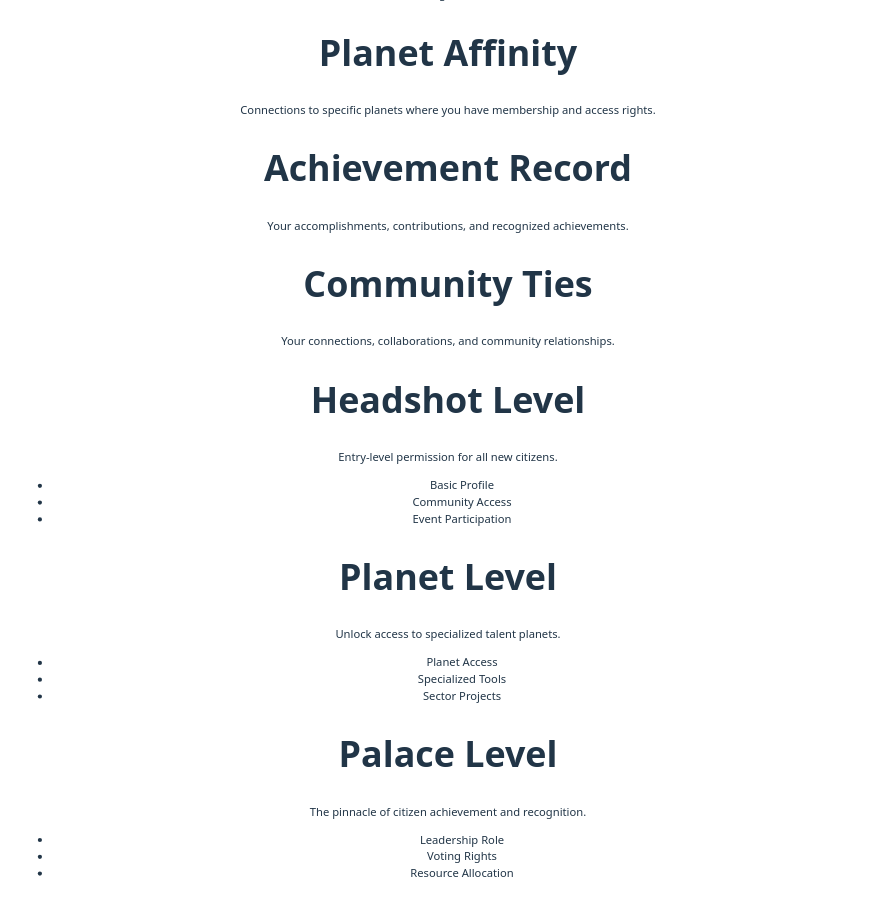
Repository: STR33T-K3Y5/LaTot
Page: /
An editor plug-in stored every save of this project. The page is shown before and after a run of saves, followed by the edit.
The browser window is 1280 px wide. The pictures show the part of the page from y = 4580 to 6500 px (the page is 5887 px tall before and 6620 px after), at 70% of full size.
The project was rebuilt for these pictures with package versions that can differ from the ones it lists, and the page was loaded fresh each time. Also part of the build but not shown: vite.config.js, src/pages/FindTalent.jsx.

Above is the page before, as saved 2026-01-22 02:18:33.

### index.html
<!doctype html>
<html lang="en">
  <head>
    <meta charset="UTF-8" />

    <!-- favicons
    ================================================== -->
    <link rel="apple-touch-icon" type="image/png" sizes="512x512" href="images/android-chrome-512x512.png">
    <link rel="apple-touch-icon" type="image/png" sizes="192x192" href="images/android-chrome-192x192.png">
    <link rel="apple-touch-icon" type="image/png" sizes="180x180" href="apple-touch-icon.png">
    <link rel="icon" type="image/png" sizes="32x32" href="images/favicon-32x32.png">
    <link rel="icon" type="image/png" sizes="16x16" href="images/favicon-16x16.png">
    <link rel="manifest" href="site.webmanifest">
    <meta name="viewport" content="width=device-width, initial-scale=1.0" />
    <title>LaTot</title>
  </head>
  <body>
    <div id="root"></div>
    <script type="module" src="/src/main.jsx"></script>
  </body>
</html>

### src/App.jsx
import './App.css';
import Navbar from './components/Navbar';
import Home from './pages/Home';
import FindTalent from './pages/FindTalent';
import { BrowserRouter, Routes, Route } from 'react-router-dom';

export default function App() {
  return(
    <BrowserRouter>
      <Navbar />
      <Routes>
        <Route path="/" element={<Home />} />
        <Route path="/findtalent" element={<FindTalent />} />
      </Routes>
    </BrowserRouter>
  )
}

### src/components/Navbar.jsx
import { Link } from 'react-router-dom';

const Navbar = () => {
    return (
        <nav>
            <h2 className="logo">
                <Link to="/">LaTot</Link>
            </h2>
            <Link to={'/findtalent'}>Find Talent</Link>
            <button>
                <a href="mailto:info@latotofficial.com">Join</a>
            </button>
        </nav>
    );
};

export default Navbar;

### src/pages/Home.jsx
import Navbar from "../components/Navbar";
import HeaderImage from "../images/header.webp"



const Home = () => {
  return (
    <>
      {/* Hero Section */}
      <section id="hero-section">
        <h1 class="hero-header">Welcome To LaTot</h1>
        <p class="hero-subheader">Where Talent Meets Opportunity</p>
        <p class="hero-text">Discover a universe of possibilities where your skills, creativity, and passion converge with endless opportunities across the multiverse.</p>
        <div class="video-container"><p>Video Goes Here</p></div>
        <button>
          <a href="mailto:info@latotofficial.com">Join Now</a>
        </button>
      </section>

      {/* About Section */}
      <section id="about-section">
        <h1 class="about-header">YOUR IDENTITY, YOUR WORLD, YOUR LEGACY</h1>
        <p class="about-subheader">How LaTot Works For You</p>
        <div class="about-carousel">
          {/* Headshot */}
          <div class="about-item">
            <h1 class="about-header">Headshot</h1>
            <p class="about-description">In the LATOT multiverse, your professional identity is your passport. A compelling headshot is more than a photograph—it's your introduction to a universe of opportunities. Showcase your authentic self and stand out among the stars.</p>
          </div>
          {/* Planet */}
          <div class="about-item">
            <h1 class="about-header">Planet</h1>
            <p class="about-description">Every talent has its habitat. Find the perfect environment where your skills can flourish. From digital metropolises to creative sanctuaries, LATOT connects you with worlds designed for your unique abilities.</p>
          </div>
          {/* Palace */}
          <div class="about-item">
            <h1 class="about-header">Palace</h1>
            <p class="about-description">Rise to prominence in your chosen domain. The palace represents the pinnacle of achievement—where your talents are recognized, rewarded, and celebrated. Build your legacy in the heart of the LATOT multiverse.</p>
          </div>
        </div>
      </section>

      {/* Core Industries Section */}
      <section id="core-section">
        <h1 class="core-header">Our Core Industries</h1>
        <p class="core-subheader">How LaTot Works For You</p>
        <div class="core-carousel" alt="Core Industries Wrapper">
          {/* Technology */}
          <div class="core-item" alt="Technology Container">
            <h1 class="core-header">Technology</h1>
            <p class="core-description">Cutting-edge innovation in software, hardware, AI, and digital transformation solutions.</p>
          </div>
          {/* Creative Arts */}
          <div class="core-item" alt="Creative Arts Container">
            <h1 class="core-header">Creative Arts</h1>
            <p class="core-description">Design, visual arts, music, and creative expression across all digital and traditional mediums.</p>
          </div>
          {/* Finance */}
          <div class="core-item" alt="Finance Container">
            <h1 class="core-header">Finance</h1>
            <p class="core-description">Rise to prominence in your chosen domain. The palace represents the pinnacle of achievement—where your talents are recognized, rewarded, and celebrated. Build your legacy in the heart of the LATOT multiverse.</p>
          </div>
          {/* HealthCare */}
          <div class="core-item" alt="HealthCare Container">
            <h1 class="core-header">HealthCare</h1>
            <p class="core-description">Medical innovation, telemedicine, wellness, and life sciences advancing human health.</p>
          </div>
          {/* Education */}
          <div class="core-item">
            <h1 class="core-header" alt="Education Container">Education</h1>
            <p class="core-description">Learning technologies, personalized education, and skills development for the future.</p>
          </div>
          {/* Entertainment */}
          <div class="core-item">
            <h1 class="core-header" alt="Entertainment Container">Entertainment</h1>
            <p class="core-description">Gaming, streaming, content creation, and immersive entertainment experiences.</p>
          </div>
          {/* Sustainability */}
          <div class="core-item">
            <h1 class="core-header" alt="Sustainability Container">Sustainability</h1>
            <p class="core-description">Green technology, renewable energy, and environmental solutions for a better planet.</p>
          </div>
          {/* Retail */}
          <div class="core-item">
            <h1 class="core-header" alt="Retail Container">Retail</h1>
            <p class="core-description">E-commerce, omnichannel experiences, and the future of consumer commerce.</p>
          </div>
          {/* Manufacturing */}
          <div class="core-item">
            <h1 class="core-header" alt="Manufacturing Container">Manufacturing</h1>
            <p class="core-description">Smart manufacturing, automation, and advanced production technologies.</p>
          </div>
          {/* Consulting */}
          <div class="core-item">
            <h1 class="core-header" alt="Consulting Container">Consulting</h1>
            <p class="core-description">Strategic advice, business transformation, and expert guidance across industries.</p>
          </div>
        </div>
      </section>

      {/* Talent Planets Section */}
      <section id="planet-section">
        <h1 class="planet-header">Talent Planets</h1>
        <p class="planet-subheader">Every talent deserves the perfect world. Explore our specialized planets, each designed to nurture and amplify specific skill sets and creative passions.</p>
        <div class="about-carousel">
          {/* Creative Hub */}
          <div class="planet-item" alt="Creative Arts Container">
            <h1 class="planet-header">Creative Arts</h1>
            <h2 class="planet-subheader">Creative Hub</h2>
            <p class="planet-description">A world where imagination knows no bounds. Artists, designers, and creators find their sanctuary here, surrounded by infinite inspiration and collaborative energy.</p>
          </div>
          {/* Planet */}
          <div class="planet-item" alt="Technology Container">
            <h1 class="planet-header">Technology</h1>
            <h2 class="planet-subheader">Tech Nexus</h2>
            <p class="planet-description">Every talent has its habitat. Find the perfect environment where your skills can flourish. From digital metropolises to creative sanctuaries, LATOT connects you with worlds designed for your unique abilities.</p>
          </div>
          {/* Palace */}
          <div class="planet-item" alt="Education Container">
            <h1 class="planet-header">Education</h1>
            <h2 class="planet-subheader">Wisdom Academy</h2>
            <p class="planet-description">Where knowledge is revered. Educators, researchers, and lifelong learners thrive in environments dedicated to wisdom, discovery, and intellectual growth.</p>
          </div>
        </div>
      </section>

      {/* Citizen */}

      <section id="citizen-section">
        {/* identity Core */}
        <div class="citizen-container">
          <h1 class="citizen-header">Identity Core</h1>
          <p class="citizen-description">Your unique digital identity that travels with you across all planets and sectors.</p>
        </div>
        {/* identity Core */}
        <div class="citizen-container">
          <h1 class="citizen-header">Security Layer</h1>
          <p class="citizen-description">Advanced protection for your data, assets, and digital presence.</p>
        </div>
        {/* identity Core */}
        <div class="citizen-container">
          <h1 class="citizen-header">Capability Matrix</h1>
          <p class="citizen-description">Your skills, certifications, and recognized abilities within the multiverse.</p>
        </div>
        {/* identity Core */}
        <div class="citizen-container">
          <h1 class="citizen-header">Planet Affinity</h1>
          <p class="citizen-description">Connections to specific planets where you have membership and access rights.</p>
        </div>
        {/* identity Core */}
        <div class="citizen-container">
          <h1 class="citizen-header">Achievement Record</h1>
          <p class="citizen-description">Your accomplishments, contributions, and recognized achievements.</p>
        </div>
        {/* identity Core */}
        <div class="citizen-container">
          <h1 class="citizen-header">Community Ties</h1>
          <p class="citizen-description">Your connections, collaborations, and community relationships.</p>
        </div>

        {/* Governance Permisions */}
        <div class="governance-container">
          {/* Headshot Level */}
          <div class="governance-item">
            <h1 class="governance-header">Headshot Level</h1>
            <p class="governance-description">Entry-level permission for all new citizens.</p>
            <ul class="governance-list">
              <li class="governance-item">Basic Profile</li>
              <li class="governance-item">Community Access</li>
              <li class="governance-item">Event Participation</li>
            </ul>
          </div>
          {/* Headshot Level */}
          <div class="governance-item">
            <h1 class="governance-header">Planet Level</h1>
            <p class="governance-description">Unlock access to specialized talent planets.</p>
            <ul class="governance-list">
              <li class="governance-item">Planet Access</li>
              <li class="governance-item">Specialized Tools</li>
              <li class="governance-item">Sector Projects</li>
            </ul>
          </div>
          {/* Planet Level */}
          <div class="governance-item">
            <h1 class="governance-header">Palace Level</h1>
            <p class="governance-description">The pinnacle of citizen achievement and recognition.</p>
            <ul class="governance-list">
              <li class="governance-item">Leadership Role</li>
              <li class="governance-item">Voting Rights</li>
              <li class="governance-item">Resource Allocation</li>
            </ul>
          </div>
        </div>
      </section>

    </>
  )
}

export default Home

Loaded but not shown: src/main.jsx (common file); src/index.css (common file); src/App.css (common file)

After the next 3 saves:
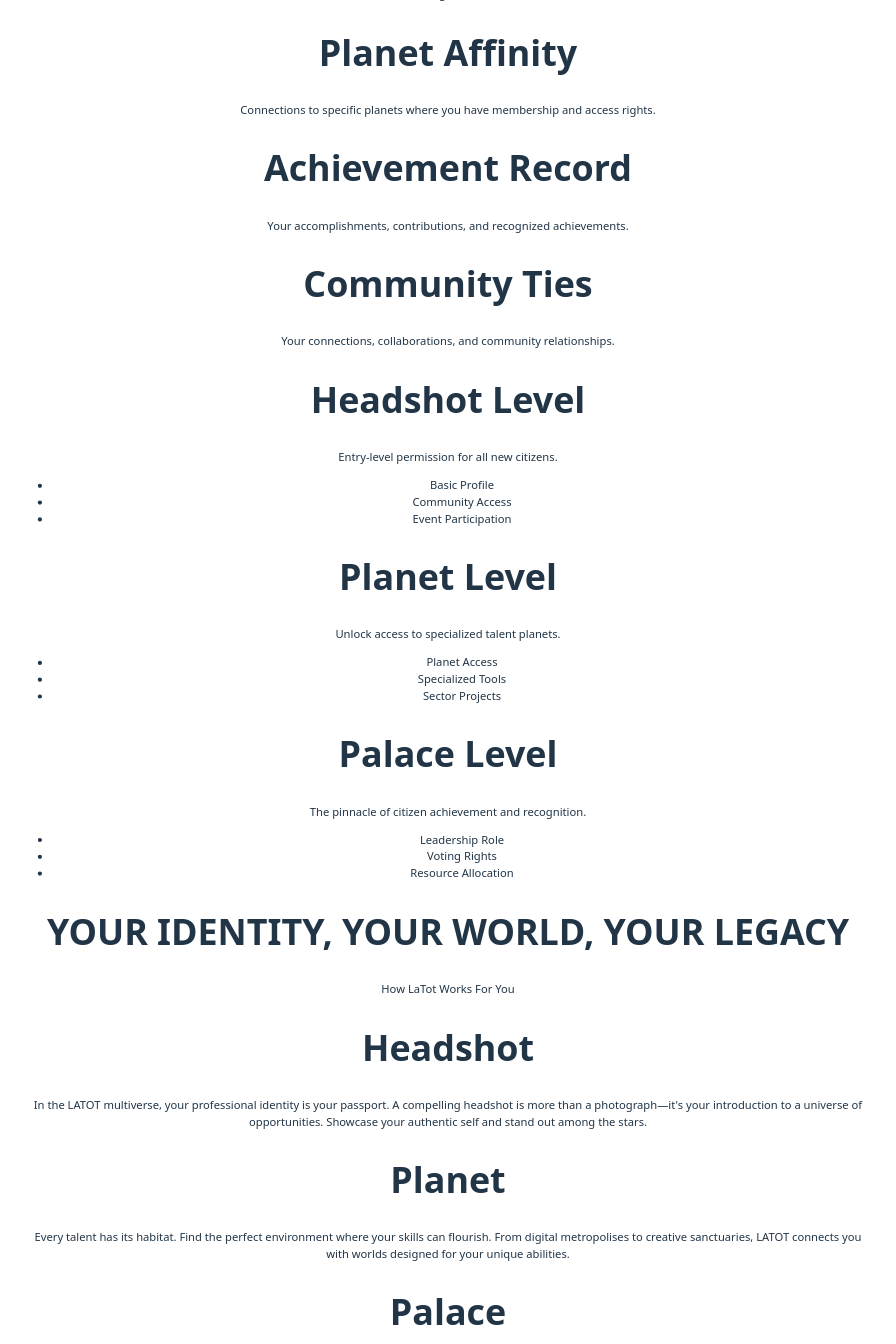
The 3 saves are shown as one change because they came seconds apart.
The last was saved 93 s later.
--- a/src/pages/Home.jsx
+++ b/src/pages/Home.jsx
@@ -193,6 +193,29 @@
         </div>
       </section>
 
+      {/* About Section */}
+      <section id="about-section">
+        <h1 class="about-header">YOUR IDENTITY, YOUR WORLD, YOUR LEGACY</h1>
+        <p class="about-subheader">How LaTot Works For You</p>
+        <div class="about-carousel">
+          {/* Headshot */}
+          <div class="about-item">
+            <h1 class="about-header">Headshot</h1>
+            <p class="about-description">In the LATOT multiverse, your professional identity is your passport. A compelling headshot is more than a photograph—it's your introduction to a universe of opportunities. Showcase your authentic self and stand out among the stars.</p>
+          </div>
+          {/* Planet */}
+          <div class="about-item">
+            <h1 class="about-header">Planet</h1>
+            <p class="about-description">Every talent has its habitat. Find the perfect environment where your skills can flourish. From digital metropolises to creative sanctuaries, LATOT connects you with worlds designed for your unique abilities.</p>
+          </div>
+          {/* Palace */}
+          <div class="about-item">
+            <h1 class="about-header">Palace</h1>
+            <p class="about-description">Rise to prominence in your chosen domain. The palace represents the pinnacle of achievement—where your talents are recognized, rewarded, and celebrated. Build your legacy in the heart of the LATOT multiverse.</p>
+          </div>
+        </div>
+      </section>
+
     </>
   )
 }
